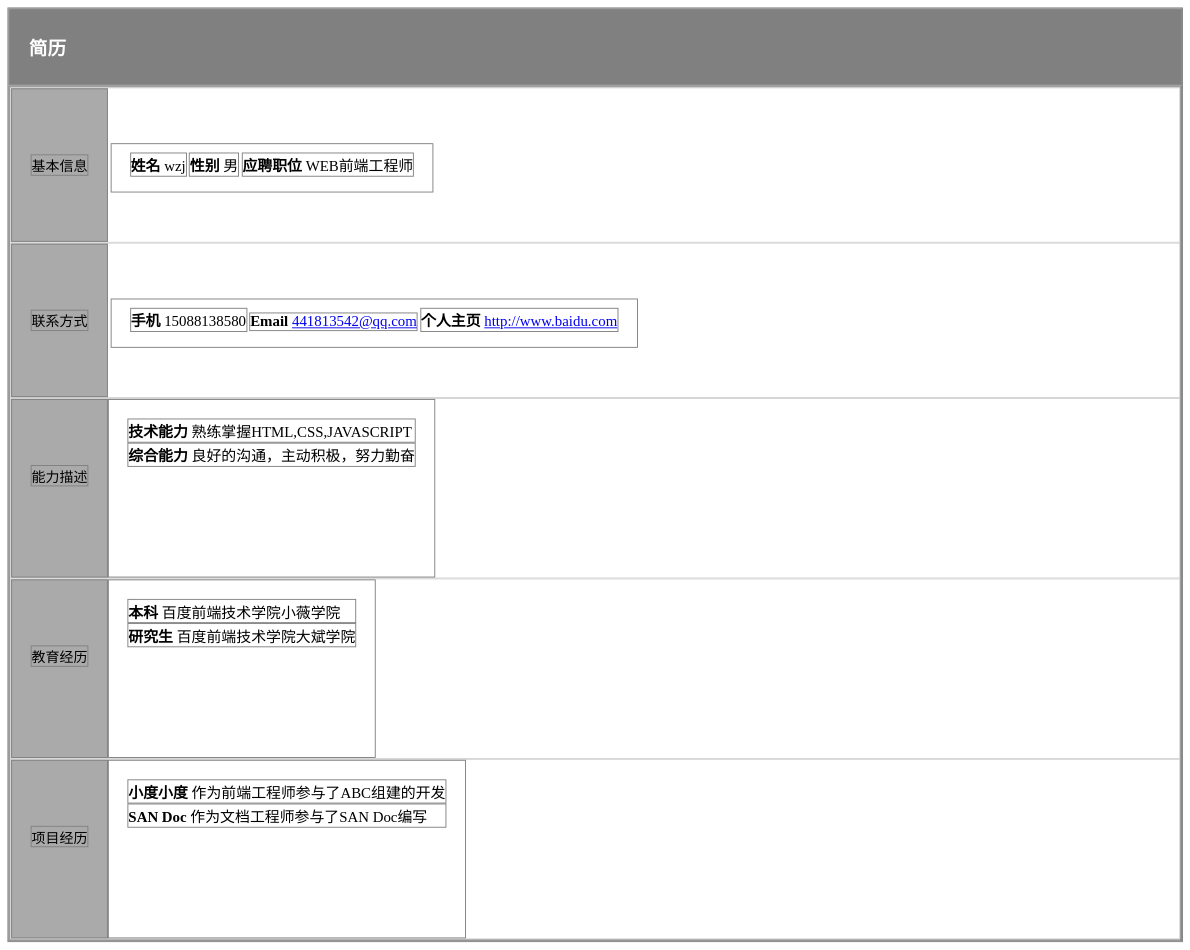
Repository: w441813542/webrecord
Page: day6_day7/jianli.html
The author's editor kept a copy of each file at every save. The page is drawn from the files as they stood at one save, then again after the next save.
The browser window is 1280 px wide. The pictures show the whole page, at 93% of full size.

Above is the page before, as saved 2021-03-09 15:21:30.

After the next save:
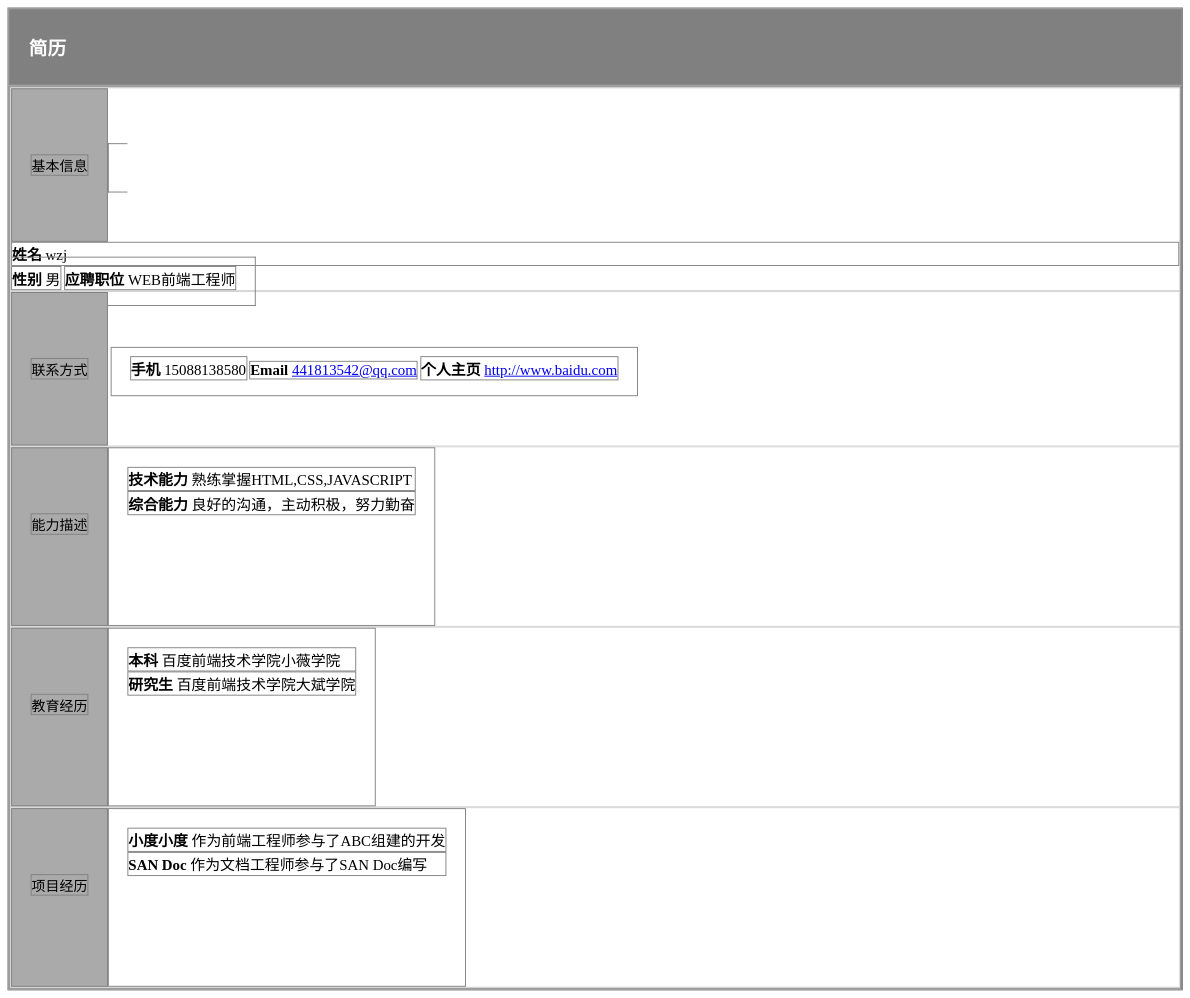
Saved 17 s later.
--- a/day6_day7/jianli.html
+++ b/day6_day7/jianli.html
@@ -22,7 +22,7 @@
             <div class="th">基本信息</div>
           </div>
           <div class="part_right">
-            <div class="td"><span>姓名</span> wzj</div>
+            <div class="td block"><span>姓名</span> wzj</div>
             <div class="td"><span>性别</span> 男</div>
             <div class="td"><span>应聘职位</span> WEB前端工程师</div>
           </div>

After the save that followed:
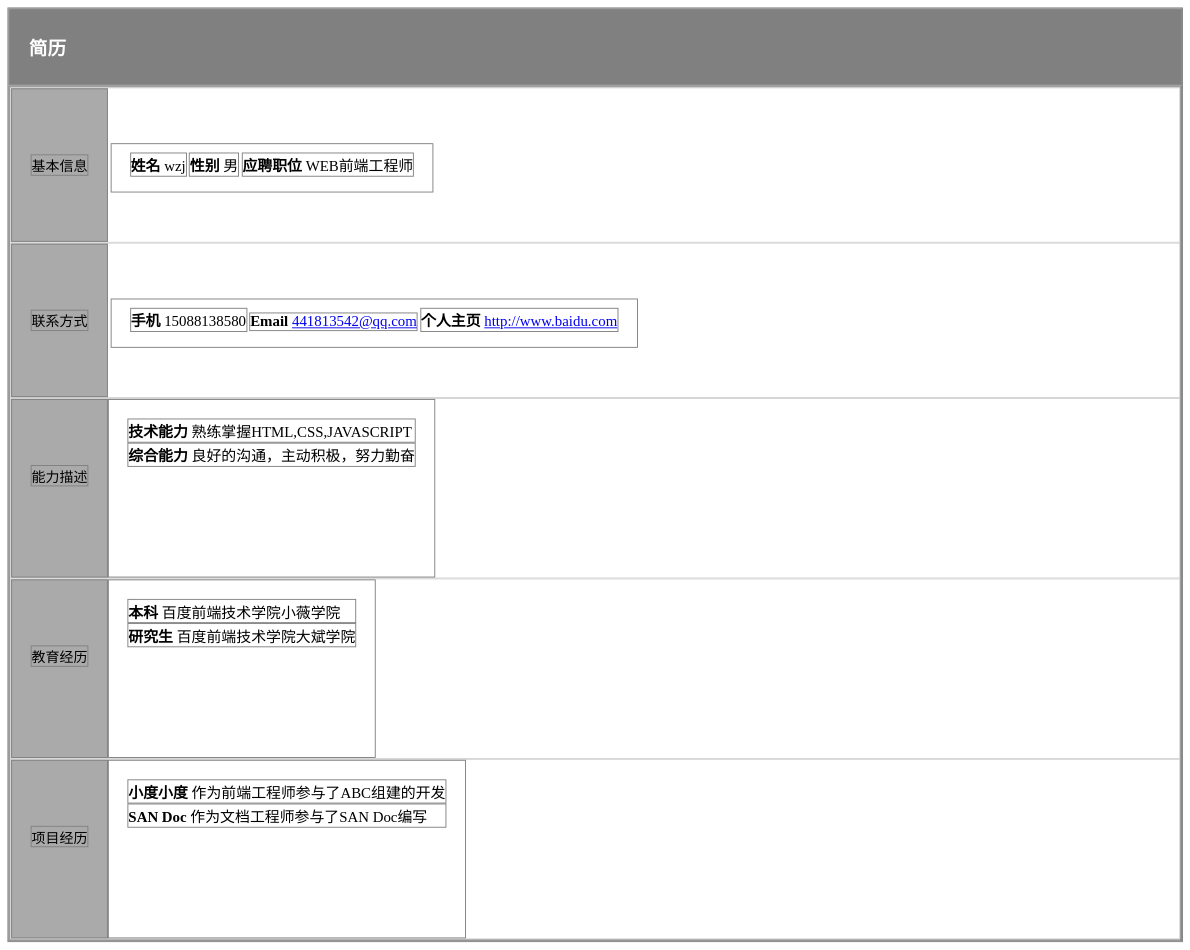
Saved 8 s later.
--- a/day6_day7/jianli.html
+++ b/day6_day7/jianli.html
@@ -22,7 +22,7 @@
             <div class="th">基本信息</div>
           </div>
           <div class="part_right">
-            <div class="td block"><span>姓名</span> wzj</div>
+            <div class="td"><span>姓名</span> wzj</div>
             <div class="td"><span>性别</span> 男</div>
             <div class="td"><span>应聘职位</span> WEB前端工程师</div>
           </div>
